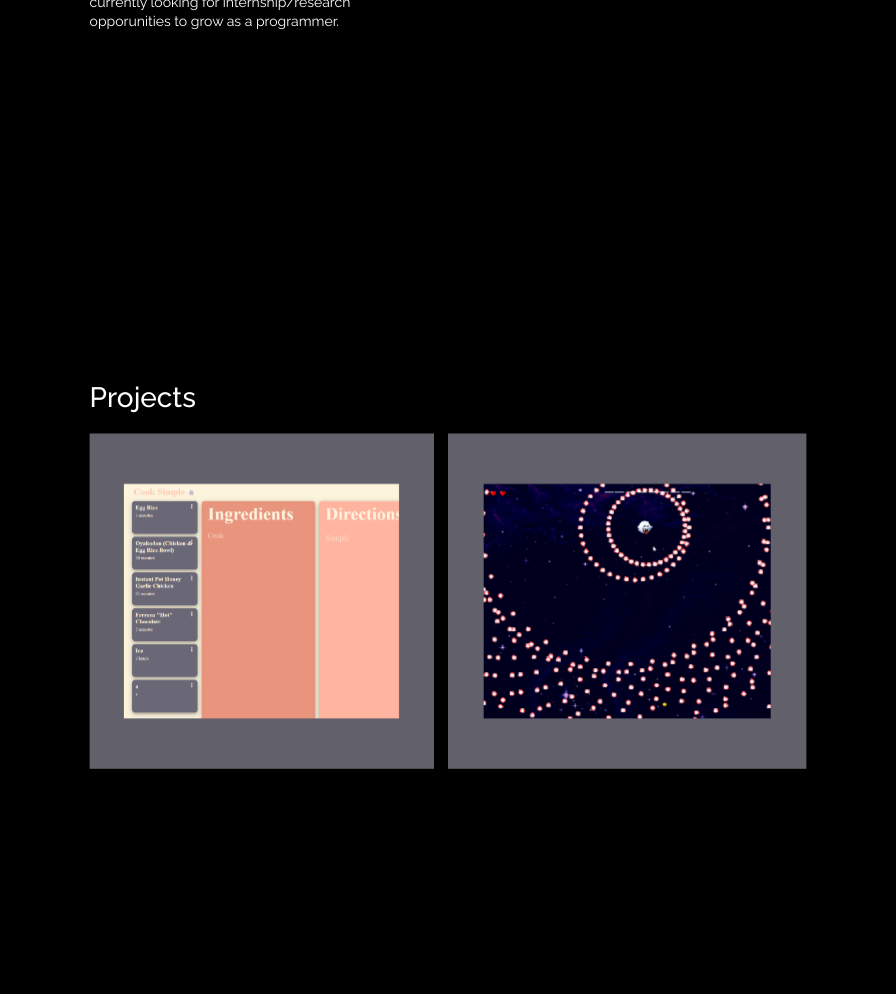
Repository: oqueuo/personal-site
Page: index.html
An editor plug-in stored every save of this project. The page is shown before and after the next save, followed by the edit.
The browser window is 1280 px wide. The pictures show the part of the page from y = 665 to 2585 px (the page is 2085 px tall before and 2585 px after), at 70% of full size.

Above is the page before, as saved 2020-09-21 18:18:13.

After the next save:
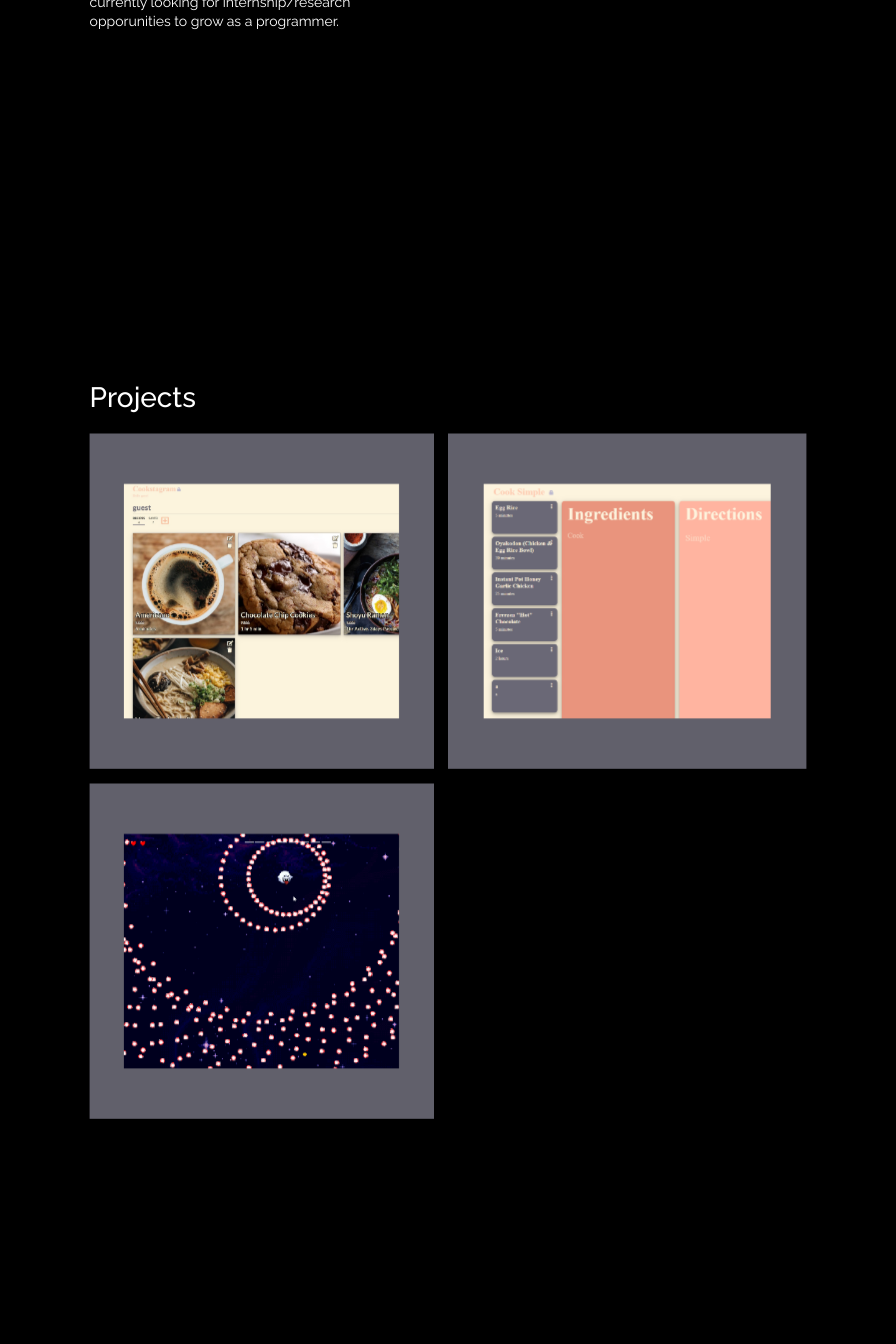
Saved 2 min 40 s later.
--- a/scripts.js
+++ b/scripts.js
@@ -1,4 +1,9 @@
 var projects = [
+    {
+        title: "Cookstagram",
+        description: "",
+        cover: "backgrounds/cookstagram.jpg"
+    },
     {
         title: "Cook Simple",
         description: "A minimalist recipe storage app for computers and mobile devices.",
